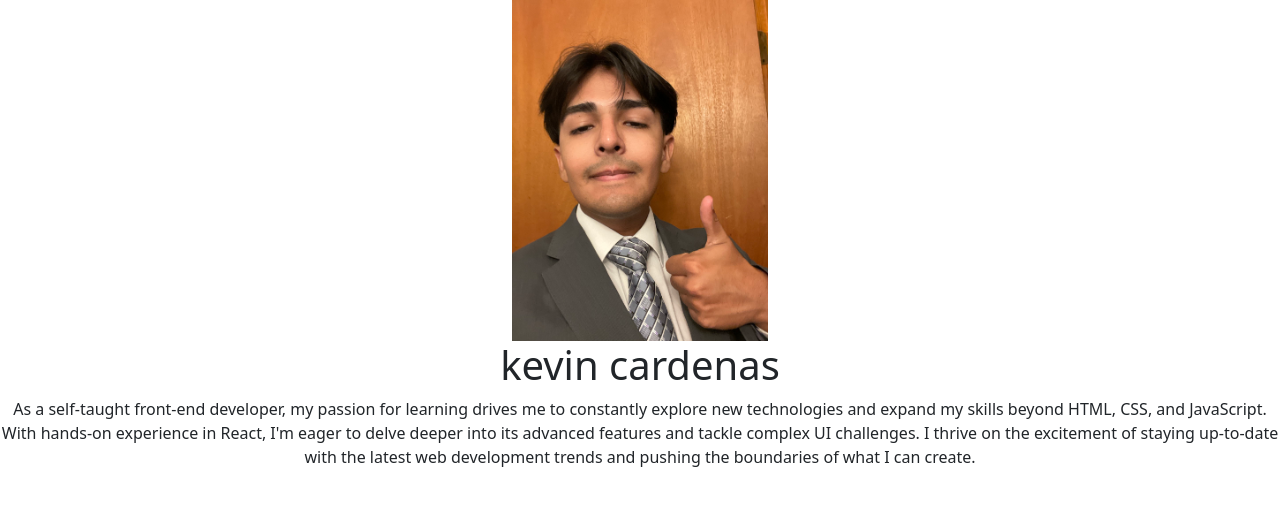
Repository: elqueben/elqueben.github.io
Page: public/index.html
An editor plug-in stored every save of this project. The page is shown before and after a run of saves, followed by the edit.
The browser window is 1280 px wide. The pictures show the whole page.

Above is the page before, as saved 2023-06-20 11:44:07.

After the next 3 saves:
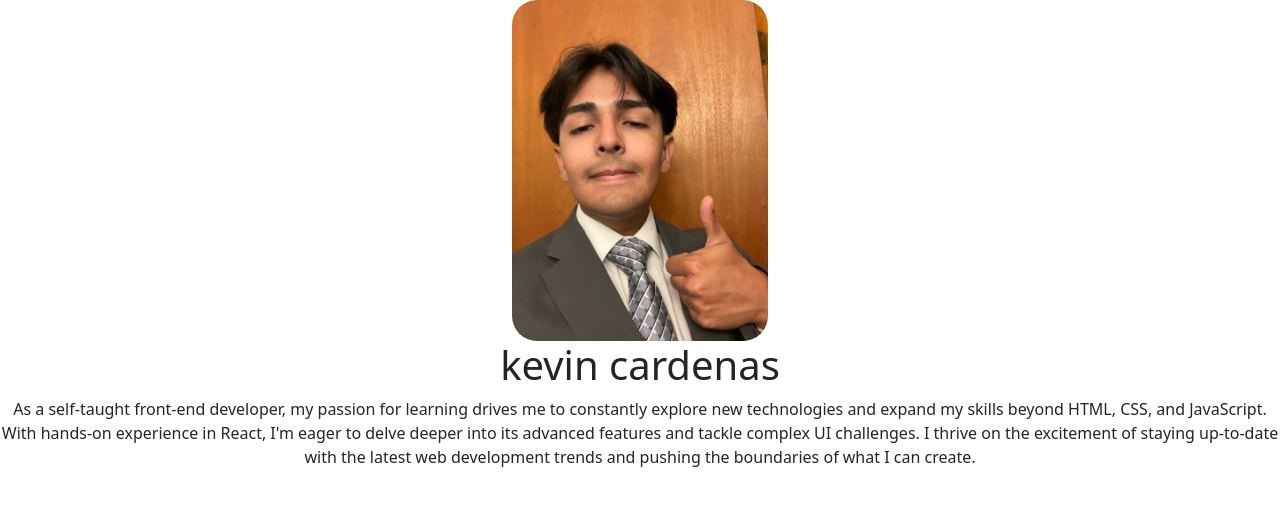
The 3 saves are shown as one change because they came seconds apart.
The last was saved 27 s later.
--- a/public/styles.css
+++ b/public/styles.css
@@ -2,5 +2,5 @@
     width: 20%;
     display: block;
     margin: 0 auto;
-
+    border-radius: 25px;
   }
